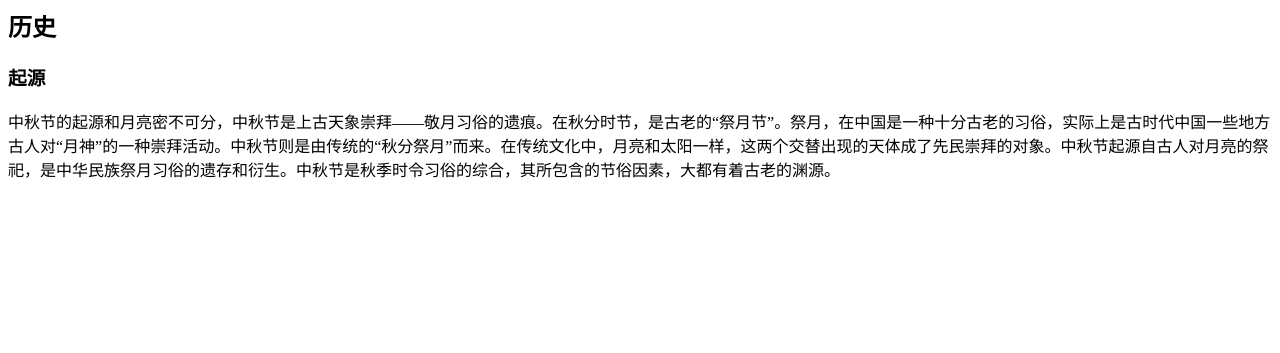
Repository: XueJie1/computer-operation-basics
Page: pages/midautumn/history.html
An editor plug-in stored every save of this project. The page is shown before and after the next save, followed by the edit.
The browser window is 1280 px wide. The pictures show the whole page.

Above is the page before, as saved 2023-09-04 22:21:32.

After the next save:
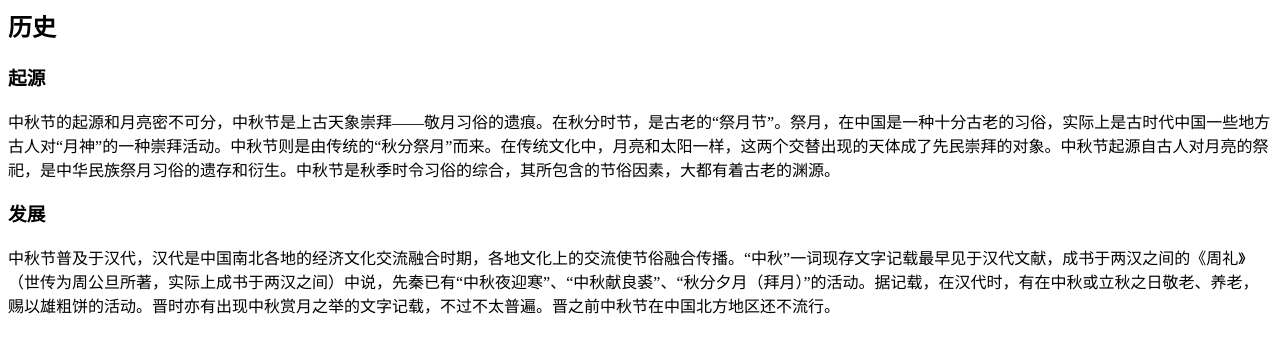
Saved 45 s later.
--- a/pages/midautumn/history.html
+++ b/pages/midautumn/history.html
@@ -2,3 +2,6 @@
 <h3>起源</h3>
 <p>中秋节的起源和月亮密不可分，中秋节是上古天象崇拜——敬月习俗的遗痕。在秋分时节，是古老的“祭月节”。祭月，在中国是一种十分古老的习俗，实际上是古时代中国一些地方古人对“月神”的一种崇拜活动。中秋节则是由传统的“秋分祭月”而来。在传统文化中，月亮和太阳一样，这两个交替出现的天体成了先民崇拜的对象。中秋节起源自古人对月亮的祭祀，是中华民族祭月习俗的遗存和衍生。中秋节是秋季时令习俗的综合，其所包含的节俗因素，大都有着古老的渊源。
 </p>
+<h3>发展</h3>
+<p>中秋节普及于汉代，汉代是中国南北各地的经济文化交流融合时期，各地文化上的交流使节俗融合传播。“中秋”一词现存文字记载最早见于汉代文献，成书于两汉之间的《周礼》（世传为周公旦所著，实际上成书于两汉之间）中说，先秦已有“中秋夜迎寒”、“中秋献良裘”、“秋分夕月（拜月）”的活动。据记载，在汉代时，有在中秋或立秋之日敬老、养老，赐以雄粗饼的活动。晋时亦有出现中秋赏月之举的文字记载，不过不太普遍。晋之前中秋节在中国北方地区还不流行。
+</p>
